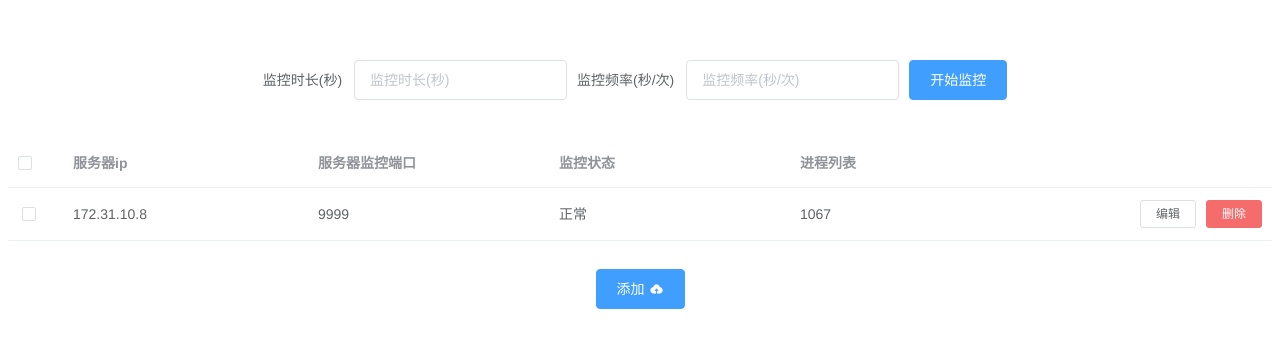
Repository: jiuceng1/monitor
Page: /#/show (app in nmonvue/)
An editor plug-in stored every save of this project. The page is shown before and after the next save, followed by the edit.
The browser window is 1280 px wide. The pictures show the whole page.
The project was rebuilt for these pictures with package versions that can differ from the ones it lists, and the page was loaded fresh each time. Also part of the build but not shown: nmonvue/src/components/HelloWorld.vue.

Above is the page before, as saved 2022-01-13 17:02:00.

After the next save:
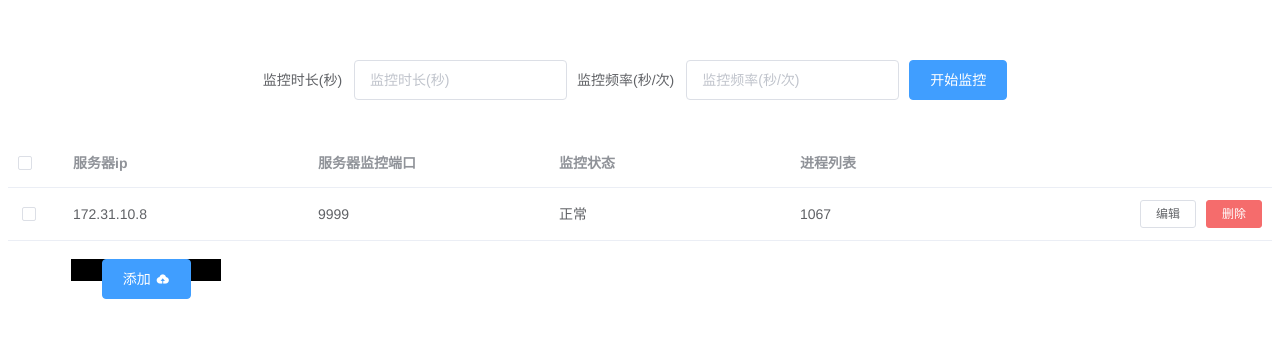
Saved 119 s later.
--- a/nmonvue/src/view/show.vue
+++ b/nmonvue/src/view/show.vue
@@ -50,7 +50,8 @@
     </el-table-column>
   </el-table>
   <br/>
-  <div style="margin:10px">
+  <div style="width:150px; height:22px; background:#000;color:#FFF;
+              margin-right:0;margin-left:5%; margin-bottom: 0px; margin-top: 0px">
   <el-button type="primary" @click="showEnable=true">添加<i class="el-icon-upload el-icon--right"></i></el-button>
   </div>
   <el-dialog title="添加服务器" :visible.sync="showEnable">
